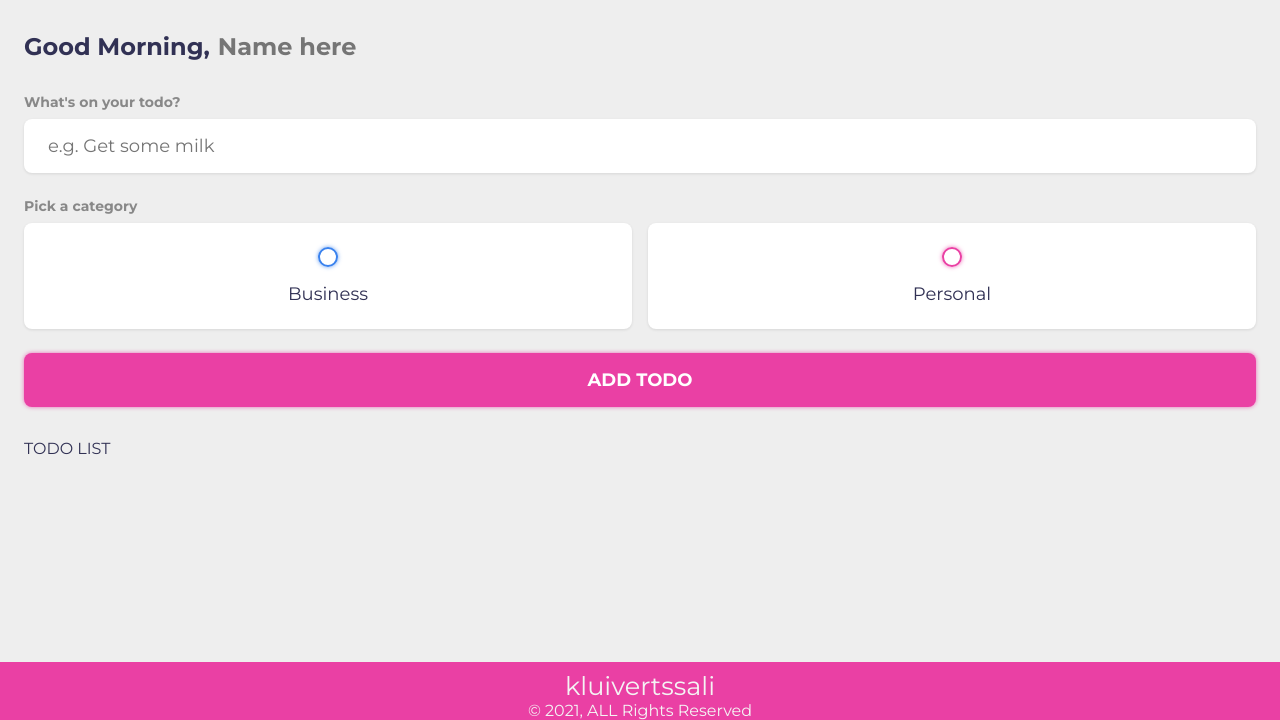
Repository: kluivert-ssali/kaDo_final
Page: index.html
These files come from the project's save history. The page is drawn as it stood at one moment and after the next save; the edit follows.
The browser window is 1280 px wide. The pictures show the whole page.
Some web libraries are served in a nearby version.

Above is the page before, as saved 2023-06-11 21:23:33.

After the next save:
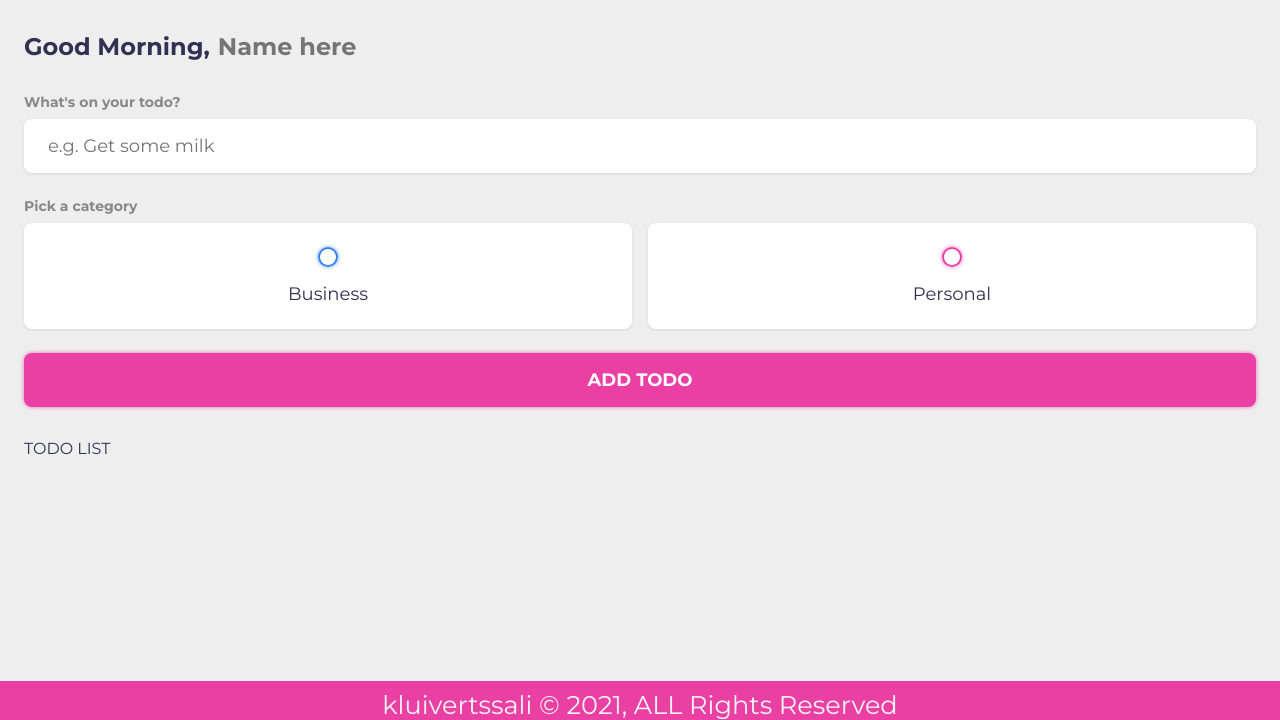
Saved 34 s later.
--- a/index.html
+++ b/index.html
@@ -87,7 +87,7 @@
     <script src="main.js"></script>
     <!-- End of JS Import -->
     <footer class="footer">
-      <p class="company-name">kluivertssali</p> &copy; 2021, ALL Rights Reserved</p>
+      <p class="company-name">kluivertssali &copy; 2021, ALL Rights Reserved</p>
     </footer>
   </body>
 </html>
